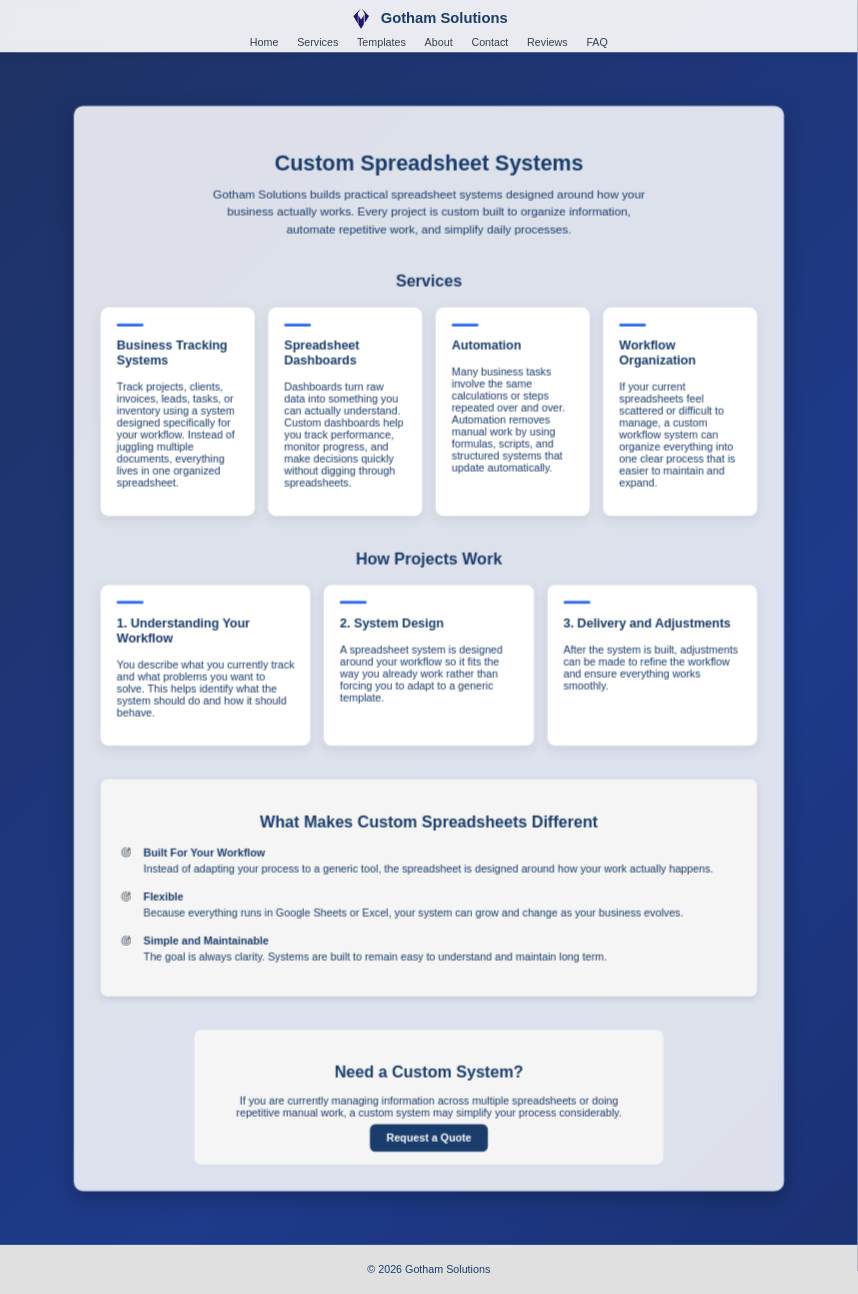
Repository: kmm569/gothamsolutions
Page: services/index.html
The author's editor kept a copy of each file at every save. The page is drawn from the files as they stood at one save, then again after the next save.
The browser window is 1280 px wide. The pictures show the whole page, at 67% of full size.

Above is the page before, as saved 2026-03-13 13:33:24.

### services/index.html
<!doctype html>
<html lang="en">
	<head>

	<meta charset="UTF-8" />
	<meta name="viewport" content="width=device-width, initial-scale=1.0" />

	<title>Custom Spreadsheet Services | Gotham Solutions</title>

	<meta name="description"
	content="Custom spreadsheet design, dashboards, and automation systems built for small businesses. Gotham Solutions creates Google Sheets and Excel workflows tailored to your needs." />

	<meta name="keywords"
	content="custom spreadsheet services, spreadsheet design, google sheets automation, excel automation, spreadsheet dashboards, workflow spreadsheets, business spreadsheets" />

	<meta name="author" content="Gotham Solutions" />

	<link rel="canonical" href="https://solutions.gothamstudio.us/services/" />

	<link rel="icon" href="/icons/favicon.ico" />
	<link rel="stylesheet" href="/styles.css" />

	<meta property="og:type" content="website" />
	<meta property="og:title" content="Custom Spreadsheet Services | Gotham Solutions" />
	<meta property="og:description" content="Custom spreadsheet dashboards, automation systems, and workflow tools for businesses." />
	<meta property="og:url" content="https://solutions.gothamstudio.us/services/" />
	<meta property="og:image" content="https://solutions.gothamstudio.us/LogoSolo.png" />

	<meta name="twitter:card" content="summary_large_image" />
	<meta name="twitter:title" content="Custom Spreadsheet Services | Gotham Solutions" />
	<meta name="twitter:description" content="Custom spreadsheet dashboards and workflow systems designed for real business use." />
	<meta name="twitter:image" content="https://solutions.gothamstudio.us/LogoSolo.png" />

</head>

	<body>
		<header>
			<div class="logo-container">
				<img
					href="/"
					src="../LogoSolo.png"
					alt="Gotham Solutions Logo"
					class="logo"
				/>
				<h1>Gotham Solutions</h1>
			</div>

			<nav>
				<ul>
					<li><a href="/" class="nav-link">Home</a></li>
					<li><a href="/services/" class="nav-link">Services</a></li>
					<li><a href="/templates/" class="nav-link">Templates</a></li>
					<li><a href="/about/" class="nav-link">About</a></li>
					<li><a href="/contact/" class="nav-link">Contact</a></li>
					<li><a href="/reviews/" class="nav-link">Reviews</a></li>
					<li><a href="/faq/" class="nav-link">FAQ</a></li>
				</ul>
			</nav>
		</header>

<main>
	<div class="content-wrapper">

		<section class="hero">
			<h2>Custom Spreadsheet Systems</h2>

			<p class="hero-text">
				Gotham Solutions builds practical spreadsheet systems designed around
				how your business actually works. Every project is custom built to
				organize information, automate repetitive work, and simplify daily
				processes.
			</p>
		</section>


		<section class="services">
			<h2>Services</h2>

			<div class="service-grid">

				<div class="service-card">
					<h3>Business Tracking Systems</h3>
					<p>
						Track projects, clients, invoices, leads, tasks, or inventory using
						a system designed specifically for your workflow. Instead of
						juggling multiple documents, everything lives in one organized
						spreadsheet.
					</p>
				</div>

				<div class="service-card">
					<h3>Spreadsheet Dashboards</h3>
					<p>
						Dashboards turn raw data into something you can actually understand.
						Custom dashboards help you track performance, monitor progress,
						and make decisions quickly without digging through spreadsheets.
					</p>
				</div>

				<div class="service-card">
					<h3>Automation</h3>
					<p>
						Many business tasks involve the same calculations or steps
						repeated over and over. Automation removes manual work by using
						formulas, scripts, and structured systems that update
						automatically.
					</p>
				</div>

				<div class="service-card">
					<h3>Workflow Organization</h3>
					<p>
						If your current spreadsheets feel scattered or difficult to manage,
						a custom workflow system can organize everything into one clear
						process that is easier to maintain and expand.
					</p>
				</div>

			</div>
		</section>


		<section class="process">
			<h2>How Projects Work</h2>

			<div class="process-grid">

				<div class="process-step">
					<h3>1. Understanding Your Workflow</h3>
					<p>
						You describe what you currently track and what problems you want
						to solve. This helps identify what the system should do and how
						it should behave.
					</p>
				</div>

				<div class="process-step">
					<h3>2. System Design</h3>
					<p>
						A spreadsheet system is designed around your workflow so it fits
						the way you already work rather than forcing you to adapt to
						a generic template.
					</p>
				</div>

				<div class="process-step">
					<h3>3. Delivery and Adjustments</h3>
					<p>
						After the system is built, adjustments can be made to refine the
						workflow and ensure everything works smoothly.
					</p>
				</div>

			</div>
		</section>


		<section class="why-section">
			<h2>What Makes Custom Spreadsheets Different</h2>

			<ul class="about-points">

				<li>
					<strong>Built For Your Workflow</strong><br />
					Instead of adapting your process to a generic tool, the spreadsheet
					is designed around how your work actually happens.
				</li>

				<li>
					<strong>Flexible</strong><br />
					Because everything runs in Google Sheets or Excel, your system can
					grow and change as your business evolves.
				</li>

				<li>
					<strong>Simple and Maintainable</strong><br />
					The goal is always clarity. Systems are built to remain easy to
					understand and maintain long term.
				</li>

			</ul>
		</section>


		<section class="cta">
			<h2>Need a Custom System?</h2>

			<p>
				If you are currently managing information across multiple spreadsheets
				or doing repetitive manual work, a custom system may simplify your
				process considerably.
			</p>

			<a href="/contact/" class="button-primary">
				Request a Quote
			</a>

		</section>

	</div>
</main>

		<footer>
			<p>&copy; 2026 Gotham Solutions</p>
		</footer>

	</body>
</html>

### styles.css
*,
*::before,
*::after {
	box-sizing: border-box;
}

body {
	background: #ffffff;
	color: #1a3d6b;
	font-family: Arial, sans-serif;
	margin: 0;
	padding: 0;
	display: flex;
	flex-direction: column;
	min-height: 100vh;
}

header{
	position:sticky;
	top:0;
	z-index:100;

	display:flex;
	flex-direction:column;
	align-items:center;
	justify-content:center;

	height:78px;

	padding:6px 20px;

	background:rgba(255,255,255,0.9);
	backdrop-filter:blur(6px);

	box-shadow:0 2px 10px rgba(0,0,0,0.08);
}

.logo-container{
	display:flex;
	align-items:center;
	gap:12px;

	height:44px;
	overflow:hidden;

	transition:max-height .25s ease, opacity .2s ease, transform .25s ease;
}

/* compact header when scrolling
header.scrolled {
	padding: 10px 20px;
	box-shadow: 0 6px 18px rgba(0, 0, 0, 0.15);
}*/


header.scrolled .logo-container {
	max-height: 0;
	opacity: 0;
	transform: translateY(-10px);
}


@media (max-width: 600px) {
	header {
		padding: 16px 12px;
	}
}

header h1{
	font-size:22px;
	margin:0;
}

.logo{
	height:34px;
	width:auto;
}

nav ul{
	display:flex;
	gap:28px;
	list-style:none;
	padding:0;
	margin:4px 0 0 0;
}

.nav-link {
	text-decoration: none;

	color: #334155;
	font-weight: 500;

	position: relative;

	transition: color 0.2s ease;
}

.nav-link:hover {
	color: #2563eb;
}

.nav-link::after {
	content: "";

	position: absolute;
	left: 0;
	bottom: -4px;

	width: 0;
	height: 2px;

	background: #2563eb;

	transition: width 0.2s ease;
}

.nav-link:hover::after {
	width: 100%;
}

main {
	flex: 1;
	padding: 40px 20px;
	width: 100%;
	max-width: 1100px;
	margin: 0 auto;
}

/* HERO */

.hero {
	text-align: center;
	margin-bottom: 50px;
}

.hero h2 {
	font-size: 2em;
	margin-bottom: 15px;
}

.hero-text {
	max-width: 650px;
	margin: auto;
	font-size: 1.1em;
	line-height: 1.5;
}

@media (max-width: 600px) {
	.hero-text {
		max-width: 100%;
		padding: 0 6px;
	}
}

.hero-buttons {
	margin-top: 20px;
	display: flex;
	gap: 15px;
	justify-content: center;
	flex-wrap: wrap;
}

/* BUTTONS */

.button-primary {
	background: #1a3d6b;
	color: white;
	padding: 12px 24px;
	border-radius: 8px;
	text-decoration: none;
	font-weight: bold;
}

.button-secondary {
	background: #16a085;
	color: white;
	padding: 12px 24px;
	border-radius: 8px;
	text-decoration: none;
	font-weight: bold;
}

@media (max-width: 600px) {
	.button-primary,
	.button-secondary {
		padding: 10px 18px;
		font-size: 0.95em;
	}
}

/* SERVICES */

.services {
	margin-bottom: 50px;
}

.services h2 {
	text-align: center;
	margin-bottom: 25px;
}

.service-grid {
	display: grid;
	grid-template-columns: repeat(auto-fit, minmax(220px, 1fr));
	gap: 20px;
}

@media (max-width: 600px) {
	.service-grid {
		grid-template-columns: 1fr;
		gap: 18px;
	}
}

.service-card {
	background: #f5f5f5;
	padding: 20px;
	border-radius: 10px;
	box-shadow: 0 4px 10px rgba(0, 0, 0, 0.1);
}

/* PROCESS */

.process {
	margin-bottom: 20px;
}

.process h2 {
	text-align: center;
	margin-bottom: 25px;
}

.process-grid {
	display: grid;
	grid-template-columns: repeat(auto-fit, minmax(220px, 1fr));
	gap: 20px;
}

.process-step {
	background: #f5f5f5;
	padding: 20px;
	border-radius: 10px;
	box-shadow: 0 4px 10px rgba(0, 0, 0, 0.1);
}

/* CTA */

.cta {
	text-align: center;
	background: #f5f5f5;
	padding: 30px;
	border-radius: 10px;
	max-width: 700px;
	margin: 0 auto;
}

.cta p {
	max-width: 600px;
	margin: 10px auto 20px auto;
}

/* FORM */

.contact-section {
	max-width: 900px;
	margin: 60px auto;
	padding: 0 20px;
}

.form-card {
	background: #f5f5f5;
	padding: 30px;
	border-radius: 10px;
	box-shadow: 0 6px 14px rgba(0, 0, 0, 0.15);

	width: 100%;
	max-width: 900px;

	margin: 0 auto;
}

.form-card form {
	width: 100%;
}

form {
	display: flex;
	flex-direction: column;
	gap: 14px;
}

input,
select,
textarea {
	width: 100%;
	padding: 14px;
	font-size: 15px;
}

.submit-button {
	margin-top: 10px;
	padding: 12px;
	border: none;
	background: #1a3d6b;
	color: white;
	font-weight: bold;
	border-radius: 8px;
	cursor: pointer;
}

.submit-button:hover {
	background: #163457;
}

input,
select,
textarea {
	width: 100%;
	padding: 12px;
	border-radius: 6px;
	border: 1px solid #ccc;
	font-size: 14px;
	box-sizing: border-box;
}

/* WHY SECTION */

.why-section {
	margin: 50px 0;
	background: #f5f5f5;
	padding: 30px;
	border-radius: 10px;
	box-shadow: 0 4px 10px rgba(0, 0, 0, 0.1);
}

.why-section h2 {
	text-align: center;
	margin-bottom: 10px;
}

.why-section > p {
	text-align: center;
	max-width: 650px;
	margin: 0 auto 25px auto;
}

footer {
	background: #e0e0e0;
	padding: 12px;
	text-align: center;
}

/* WHY GOTHAM SOLUTIONS LIST */

.about-points {
	list-style: none;
	padding: 0;
	margin-top: 20px;

	display: flex;
	flex-direction: column;
	gap: 18px;
}

.about-points li {
	position: relative;
	padding-left: 34px;
	line-height: 1.5;
}

.about-points li::before {
	content: "";

	position: absolute;
	left: 0;
	top: 3px;

	width: 16px;
	height: 16px;

	background-color: #2c3e50;

	mask: url("/icons/target.svg") no-repeat center;
	mask-size: contain;

	-webkit-mask: url("/icons/target.svg") no-repeat center;
	-webkit-mask-size: contain;
}

body {
	background: linear-gradient(-45deg, #0f172a, #1e3a8a, #1e293b, #2563eb);

	background-size: 400% 400%;
	animation: gradientShift 15s ease infinite;

	min-height: 100vh;
}

@keyframes gradientShift {
	0% {
		background-position: 0% 50%;
	}
	50% {
		background-position: 100% 50%;
	}
	100% {
		background-position: 0% 50%;
	}
}

.content-wrapper {
	max-width: 1100px;
	margin: 40px auto;
	padding: 40px;

	background: rgba(255, 255, 255, 0.85);

	border-radius: 14px;

	box-shadow: 0 10px 30px rgba(0, 0, 0, 0.25);

	backdrop-filter: blur(6px);
}

.service-card,
.process-step {
	background: #ffffff;
	border-radius: 12px;

	padding: 24px;

	box-shadow: 0 6px 18px rgba(0, 0, 0, 0.08);

	transition:
		transform 0.2s ease,
		box-shadow 0.2s ease;
}

.service-card:hover,
.process-step:hover {
	transform: translateY(-6px);

	box-shadow: 0 14px 32px rgba(0, 0, 0, 0.15);
}

.service-card::before,
.process-step::before {
	content: "";
	display: block;

	height: 4px;
	width: 40px;

	background: #2563eb;

	border-radius: 4px;

	margin-bottom: 12px;
}

.templates-grid {
	display: grid;
	grid-template-columns: repeat(auto-fit, minmax(260px, 1fr));
	gap: 24px;
	margin-top: 30px;
}

.template-card {
	background: #ffffff;
	border-radius: 12px;
	padding: 24px;

	box-shadow: 0 6px 18px rgba(0, 0, 0, 0.08);

	display: flex;
	flex-direction: column;
	gap: 12px;

	transition:
		transform 0.2s ease,
		box-shadow 0.2s ease;
}

.template-card:hover {
	transform: translateY(-6px);
	box-shadow: 0 14px 32px rgba(0, 0, 0, 0.15);
}

.template-preview {
	width: 100%;
	max-height: 420px;

	object-fit: cover;

	border-radius: 10px;
	margin-bottom: 16px;

	box-shadow: 0 8px 20px rgba(0, 0, 0, 0.18);
}

.template-gallery {
	display: flex;
	gap: 12px;
	margin-bottom: 18px;
	flex-wrap: wrap;
}

.template-gallery img {
	width: 90px;
	height: 65px;

	object-fit: cover;

	border-radius: 6px;
	cursor: pointer;

	transition:
		transform 0.15s ease,
		box-shadow 0.15s ease;
}

.template-gallery img:hover {
	transform: scale(1.05);
	box-shadow: 0 6px 12px rgba(0, 0, 0, 0.15);
}

.template-card .button-primary {
	width: 100%;
	text-align: center;
}

.review-grid{
	display:grid;
	grid-template-columns:repeat(auto-fit,minmax(260px,1fr));
	gap:24px;
	margin-top:32px;
}

.review-card{
	background:#fff;
	padding:24px;
	border-radius:10px;
	box-shadow:0 4px 12px rgba(0,0,0,0.08);
}

.review-card p{
	margin:10px 0;
}

.stars{
	color:#f5b301;
	font-size:18px;
}

.review-average{
	font-size:20px;
	margin-bottom:20px;
}

.review-form{
	max-width:600px;
	margin-top:24px;
	display:flex;
	flex-direction:column;
	gap:12px;
}

.review-form label{
	margin-top:8px;
}

.review-form input,
.review-form textarea,
.review-form select{
	padding:10px;
	border:1px solid #ccc;
	border-radius:6px;
	font-size:14px;
}

.review-form textarea{
	min-height:120px;
	resize:vertical;
}

.review-form button{
	margin-top:16px;
	padding:12px;
	background:#1d3557;
	color:white;
	border:none;
	border-radius:6px;
	cursor:pointer;
	font-weight:600;
}

.review-form button:hover{
	background:#274777;
}

.review-form{
	max-width:600px;
	margin:24px auto 0 auto;
	display:flex;
	flex-direction:column;
	gap:12px;
}

.review-card strong{
	display:block;
	margin-top:8px;
	color:#1a3d6b;
}

.review-empty{
	text-align:center;
	max-width:520px;
	margin:60px auto 40px auto;
}

.review-empty h3{
	margin:10px 0 8px 0;
}

.review-empty p{
	margin-bottom:14px;
		color:#475569;
	line-height:1.5;
}

.review-empty .stars{
	font-size:28px;
	margin-bottom:12px;
}

.star-rating{
	color:#ccc;
	cursor:pointer;
	user-select:none;
	font-size:28px;

	display:flex;
	align-items:center;
	gap:4px;

	margin:6px 0 6px 0;
}

.star-rating span{
	margin-right:6px;
	transition:color .15s ease;
}

.star-rating span.active{
	color:#f5b301;
}

.star-rating span:hover{
	color:#f5b301;
	transform:scale(1.1);
}

.anon-option{
	display:flex;
	align-items:center;
	gap:8px;
	font-size:14px;
	margin-top:6px;
	margin:4px 0 8px 0;
}

.anon-option input{
	width:auto;
	margin:0;
}

.review-form input:disabled{
	background:#f2f2f2;
	color:#777;
	cursor:not-allowed;
}

### icons/target.svg
<svg viewBox="0 0 2048 2048" xmlns="http://www.w3.org/2000/svg">
<path d="M1024 640q-80 0-149 30t-122 82-83 123-30 149q0 80 30 149t82 122 122 83 150 30q79 0 149-30t122-82 83-122 30-150q0-64-22-128h134q8 32 12 64t4 64q0 106-40 199t-110 162-163 110-199 41q-106 0-199-40t-162-110-110-163-40-199q0-106 40-199t109-162 163-110 199-41q32 0 64 4t64 12v134q-64-22-128-22zm866 155q30 113 30 229 0 123-32 237t-90 214-141 182-181 140-214 91-238 32q-123 0-237-32t-214-90-182-141-140-181-91-214-32-238q0-123 32-237t90-214 141-182 181-140 214-91 238-32q116 0 229 30l-101 101v8q-32-5-64-8t-64-3q-106 0-204 27t-183 78-156 120-120 155-77 184-28 204q0 106 27 204t78 183 120 156 155 120 184 77 204 28q106 0 204-27t183-78 156-120 120-155 77-184 28-204q0-32-3-64t-8-64h8l101-101zm-610-118V390L1664 6v378h378l-384 384h-287l-223 223q4 15 4 33 0 27-10 50t-27 40-41 28-50 10q-27 0-50-10t-40-27-28-41-10-50q0-27 10-50t27-40 41-28 50-10q18 0 33 4l223-223zm128-37h197l128-128h-197V315l-128 128v197z"/>
</svg>

After the next save:
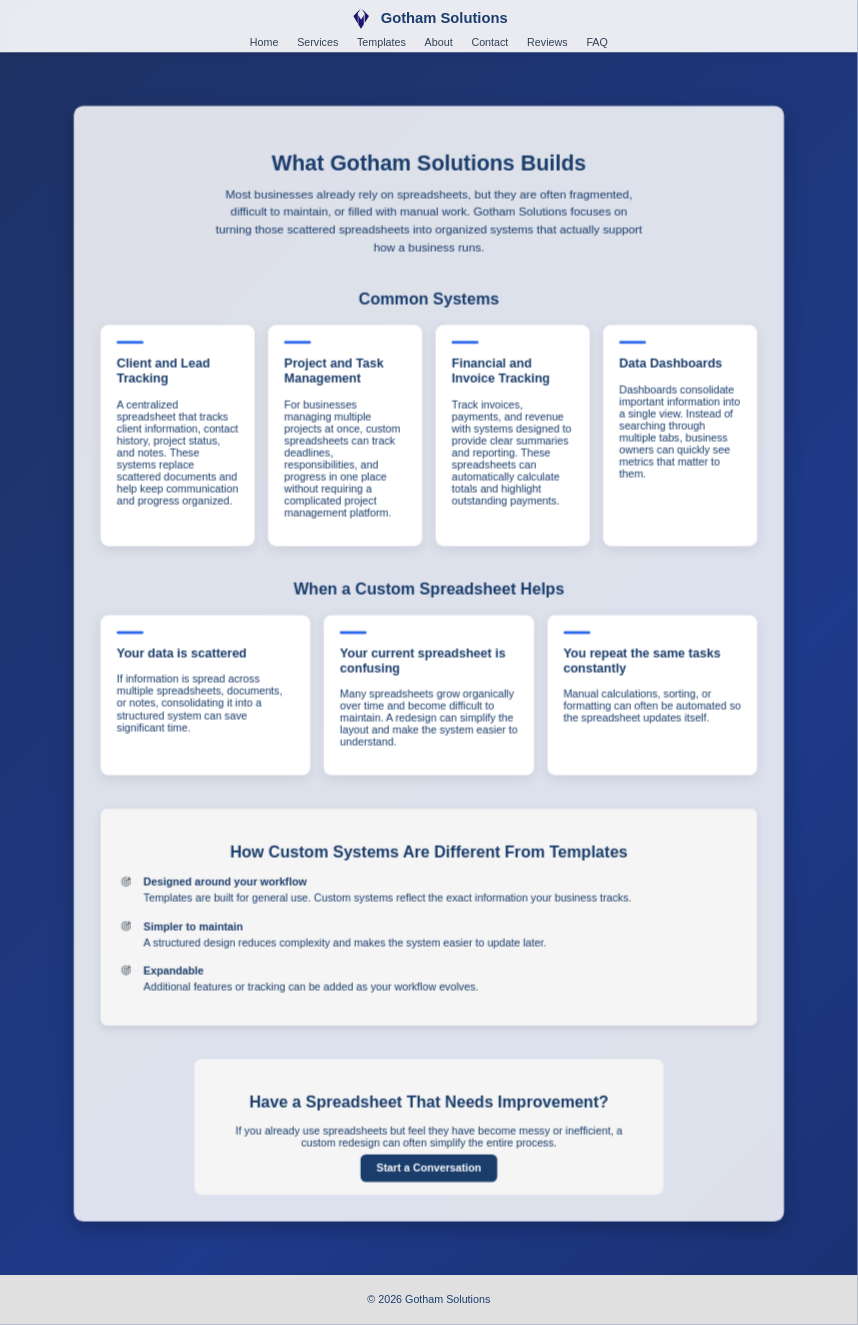
Saved 6 min 41 s later.
--- a/services/index.html
+++ b/services/index.html
@@ -62,57 +62,58 @@
 	<div class="content-wrapper">
 
 		<section class="hero">
-			<h2>Custom Spreadsheet Systems</h2>
+			<h2>What Gotham Solutions Builds</h2>
 
 			<p class="hero-text">
-				Gotham Solutions builds practical spreadsheet systems designed around
-				how your business actually works. Every project is custom built to
-				organize information, automate repetitive work, and simplify daily
-				processes.
+				Most businesses already rely on spreadsheets, but they are often
+				fragmented, difficult to maintain, or filled with manual work.
+				Gotham Solutions focuses on turning those scattered spreadsheets
+				into organized systems that actually support how a business runs.
 			</p>
 		</section>
 
 
 		<section class="services">
-			<h2>Services</h2>
+			<h2>Common Systems</h2>
 
 			<div class="service-grid">
 
 				<div class="service-card">
-					<h3>Business Tracking Systems</h3>
-					<p>
-						Track projects, clients, invoices, leads, tasks, or inventory using
-						a system designed specifically for your workflow. Instead of
-						juggling multiple documents, everything lives in one organized
-						spreadsheet.
-					</p>
-				</div>
-
-				<div class="service-card">
-					<h3>Spreadsheet Dashboards</h3>
-					<p>
-						Dashboards turn raw data into something you can actually understand.
-						Custom dashboards help you track performance, monitor progress,
-						and make decisions quickly without digging through spreadsheets.
-					</p>
-				</div>
-
-				<div class="service-card">
-					<h3>Automation</h3>
-					<p>
-						Many business tasks involve the same calculations or steps
-						repeated over and over. Automation removes manual work by using
-						formulas, scripts, and structured systems that update
-						automatically.
-					</p>
-				</div>
-
-				<div class="service-card">
-					<h3>Workflow Organization</h3>
-					<p>
-						If your current spreadsheets feel scattered or difficult to manage,
-						a custom workflow system can organize everything into one clear
-						process that is easier to maintain and expand.
+					<h3>Client and Lead Tracking</h3>
+					<p>
+						A centralized spreadsheet that tracks client information,
+						contact history, project status, and notes. These systems
+						replace scattered documents and help keep communication
+						and progress organized.
+					</p>
+				</div>
+
+				<div class="service-card">
+					<h3>Project and Task Management</h3>
+					<p>
+						For businesses managing multiple projects at once, custom
+						spreadsheets can track deadlines, responsibilities, and
+						progress in one place without requiring a complicated
+						project management platform.
+					</p>
+				</div>
+
+				<div class="service-card">
+					<h3>Financial and Invoice Tracking</h3>
+					<p>
+						Track invoices, payments, and revenue with systems designed
+						to provide clear summaries and reporting. These spreadsheets
+						can automatically calculate totals and highlight outstanding
+						payments.
+					</p>
+				</div>
+
+				<div class="service-card">
+					<h3>Data Dashboards</h3>
+					<p>
+						Dashboards consolidate important information into a single
+						view. Instead of searching through multiple tabs, business
+						owners can quickly see metrics that matter to them.
 					</p>
 				</div>
 
@@ -121,33 +122,33 @@
 
 
 		<section class="process">
-			<h2>How Projects Work</h2>
+			<h2>When a Custom Spreadsheet Helps</h2>
 
 			<div class="process-grid">
 
 				<div class="process-step">
-					<h3>1. Understanding Your Workflow</h3>
-					<p>
-						You describe what you currently track and what problems you want
-						to solve. This helps identify what the system should do and how
-						it should behave.
+					<h3>Your data is scattered</h3>
+					<p>
+						If information is spread across multiple spreadsheets,
+						documents, or notes, consolidating it into a structured
+						system can save significant time.
 					</p>
 				</div>
 
 				<div class="process-step">
-					<h3>2. System Design</h3>
-					<p>
-						A spreadsheet system is designed around your workflow so it fits
-						the way you already work rather than forcing you to adapt to
-						a generic template.
+					<h3>Your current spreadsheet is confusing</h3>
+					<p>
+						Many spreadsheets grow organically over time and become
+						difficult to maintain. A redesign can simplify the layout
+						and make the system easier to understand.
 					</p>
 				</div>
 
 				<div class="process-step">
-					<h3>3. Delivery and Adjustments</h3>
-					<p>
-						After the system is built, adjustments can be made to refine the
-						workflow and ensure everything works smoothly.
+					<h3>You repeat the same tasks constantly</h3>
+					<p>
+						Manual calculations, sorting, or formatting can often be
+						automated so the spreadsheet updates itself.
 					</p>
 				</div>
 
@@ -156,26 +157,26 @@
 
 
 		<section class="why-section">
-			<h2>What Makes Custom Spreadsheets Different</h2>
+			<h2>How Custom Systems Are Different From Templates</h2>
 
 			<ul class="about-points">
 
 				<li>
-					<strong>Built For Your Workflow</strong><br />
-					Instead of adapting your process to a generic tool, the spreadsheet
-					is designed around how your work actually happens.
+					<strong>Designed around your workflow</strong><br>
+					Templates are built for general use. Custom systems reflect
+					the exact information your business tracks.
 				</li>
 
 				<li>
-					<strong>Flexible</strong><br />
-					Because everything runs in Google Sheets or Excel, your system can
-					grow and change as your business evolves.
+					<strong>Simpler to maintain</strong><br>
+					A structured design reduces complexity and makes the system
+					easier to update later.
 				</li>
 
 				<li>
-					<strong>Simple and Maintainable</strong><br />
-					The goal is always clarity. Systems are built to remain easy to
-					understand and maintain long term.
+					<strong>Expandable</strong><br>
+					Additional features or tracking can be added as your workflow
+					evolves.
 				</li>
 
 			</ul>
@@ -183,16 +184,16 @@
 
 
 		<section class="cta">
-			<h2>Need a Custom System?</h2>
+			<h2>Have a Spreadsheet That Needs Improvement?</h2>
 
 			<p>
-				If you are currently managing information across multiple spreadsheets
-				or doing repetitive manual work, a custom system may simplify your
-				process considerably.
+				If you already use spreadsheets but feel they have become messy
+				or inefficient, a custom redesign can often simplify the entire
+				process.
 			</p>
 
 			<a href="/contact/" class="button-primary">
-				Request a Quote
+				Start a Conversation
 			</a>
 
 		</section>
